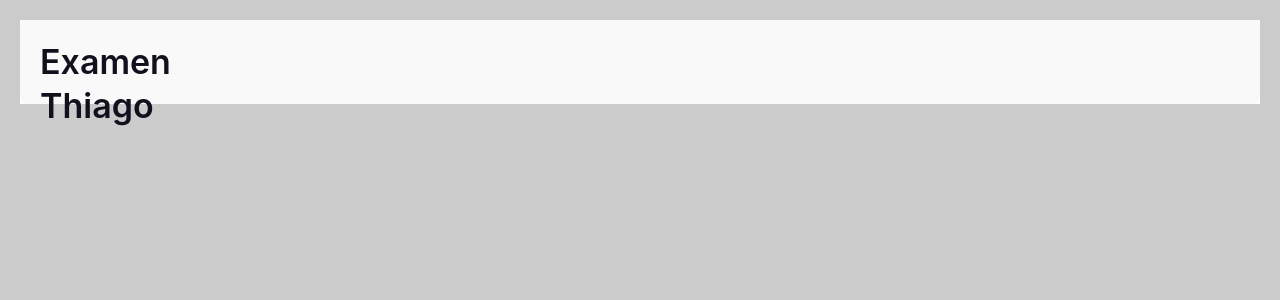
Repository: thiagobal1891-sudo/vue-ecommerce
Page: /#/thiago
These files come from the project's save history. The page is drawn as it stood at one moment and after the next save; the edit follows.
The browser window is 1280 px wide. The pictures show the whole page.
The page's requests for data from a server got no answer. The project was rebuilt for these pictures with package versions that can differ from the ones it lists, and the page was loaded fresh each time. No one was signed in, and anything a server would have sent is missing. Also part of the build but not shown: vue.config.js, src/components/ProductList.vue, src/components/CollectionsVue.vue, src/components/BrandsVue.vue, src/pages/HomePage.vue, src/pages/ErrorPage.vue, src/pages/CategoryPage.vue, src/pages/MyCartPage.vue and 7 more.

Above is the page before, as saved 2025-09-22 14:33:45.

### public/index.html
<!DOCTYPE html>
<html lang="en">
  <head>
    <meta charset="utf-8" />
    <title>Mi App Vue</title>
  </head>
  <body>
    <div id="app"></div>
    <!-- Vue montará la app aquí -->
  </body>
</html>

### src/App.vue
<template>
  <div class="app">

    <NavegadorVue v-if="$route.path !== '/thiago'" />

    <router-view />


    <FooterVue v-if="$route.path !== '/thiago'" />
  </div>
</template>


<script>

import FooterVue from './components/FooterVue.vue';
import NavegadorVue from './components/NavegadorVue.vue';



export default {
  name: 'App',
  components: {
    FooterVue,
    NavegadorVue
  }
}
</script>

<style>
*{
  margin: 0px;
  padding: 0px;
}
@font-face {
  font-family: Janna LT;
  src: url("./assets/janna-lt-regular.ttf");
  font-weight: bold;
}
@import url('https://fonts.googleapis.com/css2?family=Inter:ital,opsz,wght@0,14..32,100..900;1,14..32,100..900&display=swap');



.root{
  --color-primario: #E61620
}

#app {

  font-family: Avenir, Helvetica, Arial, sans-serif;
  -webkit-font-smoothing: antialiased;
  -moz-osx-font-smoothing: grayscale;
  text-align: center;
  color: #2c3e50;
}
h1{
  background-color: var(--color-primario);
  font-family: "Janna LT";
  font-weight: 700;
}

* {
      box-sizing: border-box;
    }

    body {
      margin: 0;
      font-family: 'Arial', sans-serif;
      padding: 20px;
      background-color: rgb(203, 203, 203);
    }
    .app{
      max-width: 1280px;
      width: 100%;
      margin: auto;
      background-color: white;
    }
</style>

### src/pages/MyordersPage.vue
<template>
  <div class="grid_contenido">
    <SidebarVue @changePage="page = $event" class="layout" />
    <div class="contenido_orden">
      <PersonalInfo v-if="page === 1" />
      <OrdenesID v-else-if="page === 2" />
      <CheckoutVue v-else-if="page === 3" />
    </div>
  </div>
</template>


<script>
import SidebarVue from "../components/SidebarVue.vue"
import PersonalInfo from "../components/PersonalInfo.vue"
import CheckoutVue from "../components/CheckoutVue.vue"
import OrdenesID from "@/components/OrdenesID.vue"

export default {
  components: { SidebarVue, PersonalInfo, CheckoutVue, OrdenesID },
  data() {
    return {
      page: 1
    }
  }
}
</script>

<style>

*{
  box-sizing: border-box;
  margin: 0;
  padding: 0;
}
.grid_contenido {
  display: grid;
  gap: 60px;
  grid-template-columns: 1fr;
  grid-template-areas:
    "layout"
    "contenido_orden";
}

.layout {
  grid-area: layout;
}

.contenido_orden {
  grid-area: contenido_orden;
}

@media (min-width: 600px) {
  .grid_contenido {
    grid-template-columns: 200px auto;
    grid-template-areas: "layout contenido_orden";
  }
}

@media (min-width: 900px) {
  .grid_contenido {
    grid-template-columns: 250px auto;
  }
}


</style>

### src/pages/ThiagoPage.vue
<template>
    <div>
    <ThiagoVue />
    </div>
</template>

<script>
import ThiagoVue from '@/components/ThiagoVue.vue';

export default {
    name: 'ThiagoPage',
    components: {
    ThiagoVue
    },
    data(){
    return{

    }
    }
    }
</script>

### src/components/FooterVue.vue

<template>
  <footer class="footer">

    <div class="footer-content desktop-footer">
      <div class="footer-columns">
        <div class="column">
          <h3>Shop by Category</h3>
          <ul>
            <li>Skincare</li>
            <li>Personal Care</li>
            <li>Handbags</li>
            <li>Apparels</li>
            <li>Watches</li>
            <li>Eye Wear</li>
            <li>Jewellery</li>
          </ul>
        </div>

        <div class="column">
          <h3>About</h3>
          <ul>
            <li>Contact Us</li>
            <li>About Us</li>
            <li>Careers</li>
            <li>Press</li>
          </ul>
        </div>

        <div class="column">
          <h3>Policy</h3>
          <ul>
            <li>Return Policy</li>
            <li>Terms of Use</li>
            <li>Sitemap</li>
            <li>Security</li>
            <li>Privacy</li>
            <li>EPR Compliance</li>
          </ul>
        </div>
      </div>

       <hr />

      <div class="footer-right">

        <div class="social-icons">
          <img src="../assets/redeslogo.png" alt="social-media">
          <i class="fab fa-facebook"></i>
          <i class="fab fa-instagram"></i>
          <i class="fab fa-twitter"></i>
          <i class="fab fa-youtube"></i>
        </div>

        <div class="location">
          <i class="fas fa-map-marker-alt"></i>
          <img src="../assets/location.png" alt="">
          United States
        </div>

        <div class="copyright">
          © 2021 | Cora Leviene All Rights Reserved
        </div>
      </div>
    </div>

  </footer>
</template>
<script>
export default {
  name: 'FooterVue',
  data() {
    return {

    };
  }
}
</script>




<style scoped>

.copyright {
  display: flex;
  text-align: left;
  color: #B6B6B6;
}

.footer-columns {
  display: flex;
  text-align: left;
}

.footer {
  background-color: #194b63;
  color: #c0d9dd;
  font-family: 'Inter', sans-serif;
  padding: 40px 24px;
  width: 100%;

}


.desktop-footer {
  display: flex;
  justify-content: space-between;
  flex-wrap: wrap;
}

.footer-columns {
  display: flex;
  gap: 48px;
}

.column h3 {
  color: #ffffff;
  margin-bottom: 10px;
  font-size: 17px;
}

.column ul {
  list-style: none;
  padding: 0;
  margin: 0;
}

.column li {
  margin-bottom: 8px;
  font-size: 15px;
}

.footer-right {
  display: flex;
  flex-direction: column;
  align-items: flex-end;
  gap: 12px;
  text-align: right;
}

.social-icons {
  display: flex;
  font-size: 20px;
}

.location {
  display: flex;
  align-items: center;
  gap: 6px;
  font-family: Inter;
  font-weight: 500;
  font-size: 14px;
  line-height: 18px;
  letter-spacing: 0%;
  color: #ffff;
}



.footer-section {
  margin-bottom: 24px;
}

.footer-section h3 {
  color: #ffffff;
  font-size: 16px;
  margin-bottom: 10px;
}

.footer-section ul {
  list-style: none;
  padding: 0;
  margin: 0;
}

.footer-section li {
  margin-bottom: 7px;
  font-size: 14px;
}

.inline-links {
  display: flex;
  flex-wrap: wrap;
  gap: 6px;
  font-size: 14px;
}
@media screen and (max-width: 768px) {
 hr {
  position: relative;
  right: 24px;
  width: 100vw;
  border: none;
  border-top: 1px solid #4d6e80;
  margin: 24px 0;
}
}
.footer-columns {
  flex-direction: column;
}
.footer-right{
  align-items: flex-start;
}
@media  screen and (min-width: 768px) {
  hr {
    display: none;
  }
}
@media (max-width: 400px) {
  .text {
    font-size: 14px;
  }
}
</style>

### src/components/NavegadorVue.vue
<template>
  <link rel="preconnect" href="https://fonts.googleapis.com">
  <link rel="preconnect" href="https://fonts.gstatic.com" crossorigin>
  <link href="https://fonts.googleapis.com/css2?family=Inter:ital,opsz,wght@0,14..32,100..900;1,14..32,100..900&display=swap" rel="stylesheet">

  <!-- BARRA DESKTOP -->
  <header class="NavegadorVue desktop-only">
    <div>
      <img id="logo" src="./../assets/logo.png" alt="Icon">
      <nav class="NavegadorVue__categories">
        <p>Handbags</p>
        <p>Watches</p>
        <p>Skincare</p>
        <p>Jewellery</p>
        <p>Apparels</p>
      </nav>
    </div>
    <div class="search-container">
      <input class="search" type="text" v-model="busqueda" placeholder="Buscar producto..." />
      <img class="search-icon" src="./../assets/search.png" alt="buscar">
      <div class="icons">
        <router-link to="/mycart">
          <img src="./../assets/icons.png" alt="icons">
          {{ count.quantity }}
        </router-link>

      </div>
    </div>
  </header>

  <header class="NavegadorVue-mobile-only">
    <nav class="nav-mobile">
  <div class="nav-left">
    <img src="./../assets/leading-icon.png" alt="menu">
    <p>Home</p>
  </div>
  <div class="nav-right">
    <img src="./../assets/trailing-icon.png" alt="icons-mobile">

  </div>
</nav>
  </header>

  <div class="text-header">
    <p>
      We are currently experiencing local customs clearance delays.
      For the latest updates, please check your order status
      <a href="./">here</a>
    </p>
  </div>
</template>

<script>

import { useCartStore } from '@/stores/cart';

export default {
  name: 'NavegadorVue',
  data() {
    return {
      busqueda: '',
      count: useCartStore()
    };
  }
};
</script>

<style>

@media screen and (max-width: 768px) {
  body {
    padding-top: 80px !important;
  }
}
.NavegadorVue {
  width: 100%;
  height: 80px;
  display: flex;
  align-items: center;
  justify-content: space-between;
  position: fixed;
  top: 0;
  left: 0;

  z-index: 1000;
  background: white;
}


.desktop-only {
  display: flex;
}
.nav-mobile p {
  width: 57px;
  height: 26px;
  opacity: 1;
  font-family: Inter;
  font-weight: 600;
  font-size: 20px;
  line-height: 26px;
  letter-spacing: 0%;
  vertical-align: middle;
  color: rgba(27, 75, 102, 1);
;

}
.nav-mobile {
  display: flex;
  justify-content: space-between;
  align-items: center;
  padding: 0 16px;
  height: 60px;
  width: 100%;
  position: fixed;
  top: 0;
  left: 0;
  background: white;
  z-index: 1000;
  margin-top: 20px;
}

.nav-left {
  display: flex;
  align-items: center;
  gap: 20px;
}

.nav-right {
  display: flex;
  align-items: center;
  margin-right: 20px;
}

.NavegadorVue-mobile-only {
  display: none !important;
}

@media screen and (max-width: 768px) {
  .desktop-only {
    display: none !important;
  }
}
@media screen and (max-width: 768px) {
  .text-header {
    display: none !important;
  }
}
  .mobile-only {
    display: flex !important;
    height: 60px;
    justify-content: space-between;
    align-items: center;
    padding: 0 16px;
    background-color: white;
    z-index: 1000;
  }
@media screen and (max-width: 768px) {
  .NavegadorVue-mobile-only {
    display: flex !important;
  }
}
.NavegadorVue div {
  display: flex;
  justify-content: space-around;
  align-items: center;
  gap: 30px;
}
.NavegadorVue {
  position: relative;
  width: 100%;
  height: 80px;
  display: flex;
  align-items: center;
  margin-inline: 10px;
  justify-content: space-between;

}
.NavegadorVue header{

  display: flex;
  position: fixed;
  top: 0;
  left: 0;
  width: 100%;
  z-index: 1000;

}
.search-container  {
  display: inline-flex;
  align-items: center;
  position: relative;
  margin-right: inherit;

}
.search-container input {
  width: 500px;
  height: 44px;


}

#logo {
width: 108px;
height: 22px;
top: 29px;
left: 20px;


}
.NavegadorVue__categories {
  display: flex;
  width: 391;
  height: 18;
  top: 31px;
  left: 160px;
  gap: 20px;
  font-weight: bold;

}

.search-container {
  position: relative;
  width: 500px;
  height: 44px;
}

.search {
  width: 100%;
  height: 100%;
  border-radius: 4px;
  background: #F1F1F1;
  border: none;
  padding-left: 40px; /* espacio para el ícono */
  font-size: 14px;
}

.search-icon {
  position: absolute;
  top: 10px;
  left: 10px;
  width: 24px;
  height: 24px;
  pointer-events: none;
}
#icons {
  width: 114px;
height: 24px;
top: 28px;
left: 1148px;
}
.text-header {

  position: relative;

  width: 100%;
  height: 50px;

  font-family: "Inter", sans-serif;
  font-style: normal;
  font-weight: 400;
  font-size: 14px;
  line-height: 18px;

  display: flex;
  align-items: center;
  text-align: center;
  justify-content: center;

  color: #171520;
  background-color: #F1F1F1;
}


.text-header a {
  color: darkblue;


}

</style>

### src/components/BannerFooter.vue
<template>
<div class="banner-grid">

    <div class="lifestyle-card">
      <h2>LIFESTYLE</h2>
      <h1>Makeup Accessories<br>from Top Brands</h1>
    </div>



      <div class="card skincare">
        <h3>Skincare<br>Essentials</h3>
        <div class="arrow">→</div>
      </div>

      <div class="card facepacks">
        <h4>Facepacks<br>& Peels</h4>
        <div class="arrow">→</div>
      </div>

  </div>

</template>

<script>

export default {
  name: 'BannerFooter',
  components: {

  },
  data() {
    return {
    }
  }
}

</script>

<style>
    * {
      box-sizing: border-box;
    }

    body {
      margin: auto;
      font-family: 'Arial', sans-serif;
      padding: 20px;
    }

    .banner-grid {
      display: grid;
          grid-template:
                  "lifeStyle lifeStyle" 400px

                  "skincare   facepacks"  228px

                  /1fr    1fr    ;
      gap: 20px;
      max-width: 1200px;
      margin: 10px 30px;
    }

    .card:hover,
    .lifestyle-card:hover {
  filter: brightness(0.8);
  transform: scale(1.05);
  transition: filter 0.3s ease;
  cursor: pointer;
}

    .lifestyle-card {
      background-image: url('https://images.unsplash.com/photo-1526045478516-99145907023c?auto=format&fit=crop&w=1200&q=80');
      background-size: cover;
      background-position: center;
      border-radius: 20px;
      padding: 60px 40px;
      display: flex;
      flex-direction: column;
      justify-content: center;
      grid-area: lifeStyle;
    }

    .lifestyle-card h2 {
  width: 154px;
  height: 20px;
  left: 59px;
  top: 1999px;
  font-family: 'Inter', sans-serif;
  font-style: normal;
  font-weight: 400;
  font-size: 30px;
  line-height: 20px;
  display: flex;
  align-items: center;
  color: #97451F;


    }

    .lifestyle-card h1 {
  width: 618px;
  height: 136px;
  left: 59px;
  top: 2038px;
  font-family: 'Inter', sans-serif;
  font-style: normal;
  font-weight: 700;
  font-size: 52px;
  line-height: 68px;
  display: flex;
  align-items: center;
  color: #97451F;


    }


    .card {
      border-radius: 20px;
      padding: 30px;
      color: #fff;
      background-size: cover;
      background-position: center;
      position: relative;
      min-height: 200px;
      display: flex;
      align-items: center;
      justify-content: flex-start;
    }



    .card h3 {
  width: 309px;
  height: 104px;
  font-family: 'Inter', sans-serif;
  font-weight: 700;
  font-size: 40px;
  text-align: right;
  color: #A53F64;
        position: absolute;
      right: 30px;
    }

.card h4 {
  width: 232px;
  height: 104px;
  font-family: 'Inter',sans-serif;
  font-weight: 700;
  font-size: 40px;
  text-align: right;
  color: #1B4B66;
        position: absolute;
      right: 30px;
}

    .card .arrow {
      position: absolute;
      bottom: 20px;
      right: 20px;
      background: rgba(255, 255, 255, 0.9);
      border-radius: 50%;
      padding: 10px;
      font-size: 20px;
      color: #000;
      z-index: 2;
    }

    .card .arrow:hover {
    transform: scale(1.2);
    transition: 0.5s;
}

    .skincare {
      background-image: url('https://media-cldnry.s-nbcnews.com/image/upload/t_fit-1000w,f_avif,q_auto:eco,dpr_2/rockcms/2024-01/240117-staff-skin-care-routines-social-2c85d8.jpg');
      grid-area: skincare;
    }

    .facepacks {
      background-image: url('https://shipcartecommerce.com/cdn/shop/collections/877f03da31ad8bb130dde99698f7d3ec.jpg?v=1748635689');
      grid-area: facepacks;
    }

    @media (max-width: 768px) {
      .lifestyle-card h1 {
        font-size: 28px;
      }

      .card h3 {
        font-size: 20px;
      }

      .card h4 {
        font-size: 20px;
      }
    }
</style>

### src/components/PageCarrito.vue
<template>
  <div class="page">
      <div class="head_cart">
    <a href="#">Home</a>
    <span>›</span>
    <span>my cart</span>

  </div>
  <h2 class="titulo_cart">My cart</h2>
    <div class="carrito">
      <div class="items">
        <div class="item" v-for="producto in productos.cart" :key="producto.id">
          <img :src="producto.image" alt="" />
          <div class="info">
            <b>{{ producto.category }}</b>
            {{ producto.title }}<br />
            <input
              type="number"
              min="1"
              v-model.number="producto.quantity"
              @change="productos.modificarCantidad(producto.id, producto.quantity)"
            />
            {{ producto.quantity }}<br />
            <a href="#" class="move">Move to Wishlist</a>
            <button class="remove" @click="productos.quitar(producto.id)">Remove</button>
          </div>

          <div class="rightCols">
            <div class="pricecarrito">${{ producto.price.toFixed(2) }}</div>
            <div class="cantidad">{{ producto.quantity }}</div>
            <div class="subtotal">${{ (producto.price * producto.quantity).toFixed(2) }}</div>
          </div>
        </div>
      </div>

      <div class="total">
        <h3>Order Summary</h3>
        <div class="line"><span>Sub Total</span><span>$119.69</span></div>
        <div class="line"><span>Discount</span><span>-$13.40</span></div>
        <div class="line"><span>Delivery Fee</span><span>$0.00</span></div>
        <div class="line grand"><span>Grand Total</span><span>$106.29</span></div>

        <div class="buttons">
          <button class="place">Place Order</button>
          <button class="continue">Continue Shopping</button>
        </div>
      </div>

      <div class="cupones">
        <label class="cupon-texto">Apply Coupon Code</label>
        <div class="cupon-box">
          <input type="text" placeholder="Apply Coupon Code" />
          <button>CHECK</button>
        </div>
      </div>
    </div>
  </div>
</template>

<script>
import { useCartStore } from '@/stores/cart'

export default {
  name: 'PageCarrito',
  data() {
    return {
      productos: useCartStore()
    }
  }
}
</script>

<style>
* { box-sizing: border-box;
  margin: 0;
  padding: 20; }

.page {
  padding: 20px;
}
.carrito {
  display: grid;
  gap: 24px;
  grid-template-columns: 1fr;
  grid-template-areas:
    "items"
    "total"
    "cupones";
  max-width: 1120px;
  margin: 24px auto;
  width: 100%;
  align-items: start;
}




.items { grid-area: items; }
.total { grid-area: total; align-self: start; }
.cupones { grid-area: cupones; align-self: start; }

.head_cart a {
  font-family: 'Inter', sans-serif;
  font-weight: 500;
  font-size: 16px;
  color: #1B4B66;
  border-color: white;
}

.head_cart span {
  margin: 0 5px;
  font-family: 'Inter', sans-serif;
  font-weight: 500;
  font-size: 16px;
  color: #626262;
}

.head_cart {
  text-align: left;
  bottom: 80px;
}





.item {
  display: flex;
  gap: 16px;
  border-bottom: 1px solid #e0e0e0;
  padding: 12px 0;
  align-items: center;
}

.item img {
  width: 80px;
  height: 80px;
  object-fit: cover;
  border-radius: 6px;
}


.info {
  flex: 1;
  color: #626262;
}
.info b { display: block; margin-bottom: 6px; color: #171520; }
.info .move { margin-right: 10px; font-size: 14px; color: #1B4B66; text-decoration: none; }
.info .remove { background: none; border: none; color: #B00020; cursor: pointer; }


.rightCols {
  display: flex;
  gap: 20px;
  align-items: center;
  justify-content: flex-end;
  min-width: 220px;
  flex-shrink: 0;
}

.pricecarrito, .cantidad, .subtotal {
  width: 80px;
  text-align: right;
  color: #171520;
}


.titulo_cart {
  text-align: left;
  width: 132px;
  font-family: 'Inter';
  font-style: normal;
  font-weight: 600;
  font-size: 34px;
  color: #1B4B66;
  margin: 20px auto 10px 0;
}

.total h3 {
  margin: 0 0 10px 0;
  padding-bottom: 8px;
  border-bottom: 1px solid #ccc;
  color: #171520;
}
.total .line {
  display: flex;
  justify-content: space-between;
  margin: 8px 0;
  color: #171520;
}
.total .grand { font-weight: 700; }

.buttons {
  margin-top: 18px;
  display: flex;
  gap: 14px;
}
.buttons button { padding: 10px 14px; border-radius: 6px; cursor: pointer; }
.place { background: #1B4B66; color: white; border: none; }
.continue { background: white; color: #1B4B66; border: 2px solid #1B4B66; }


.cupones { padding: 12px;
  width: 580px;;
}
.cupon-texto {
  margin-bottom: 8px;
  font-weight: 500;
  color: #171520;
  border-bottom: 1px solid #ccc;
  }
.cupon-box {
  display: flex;
  align-items: center;
  background: #f2f2f2;
  border-radius: 5px;
  max-width: 400px;
  overflow: hidden;
}
.cupon-box input { border: none; background: transparent; padding: 12px; flex: 1; outline: none; }
.cupon-box button { background: transparent; border: none; font-weight: 700; padding: 12px 16px; cursor: pointer; }

@media (min-width: 1100px) {
  .carrito {
    grid-template-columns: 1fr 360px;
    grid-template-areas:
      "items total"
      "cupones cupones";
  }
}

@media (max-width: 950px) {
  .carrito,
  .items,
  .total,
  .cupones {
    max-width: 212px;
    width: 100%;
    margin: 0 auto;
  }

    .item {
    max-width: 212px;
    width: 100%;
    margin: 0 auto;
    flex-wrap: wrap;
  }
}
</style>

### src/components/ThiagoVue.vue
<template>
  <div class="contenedor">
    <h2>Examen Thiago</h2>
    <ul class="todo-list">
  <li
  v-for="todo in todos"
  :key="todo.id"
  :class="{ completed: todo.completed }">
  <span><strong>{{ todo.id }}</strong> - {{ todo.title }}</span>
  <span class="status">
    {{ todo.completed ? "✔ Completada" : "⏳ Pendiente" }}
  </span>
  </li>
    </ul>
  </div>
</template>

<script>
export default {
  name: "ExamenThiago",
  data() {
    return {
      todos: []
    }
  },
  mounted() {
    fetch("https://jsonplaceholder.typicode.com/todos")
      .then(res => res.json())
      .then(data => {
        this.todos = data
      })
  }
}
</script>

<style>
.contenedor {
  padding: 20px;
  background: #f9f9f9;
  border-radius: 6px;
  font-family: Arial, sans-serif;
}

.h2 {
  text-align: left;
  width: 132px;
  font-family: 'Inter';
  font-style: normal;
  font-weight: 600;
  font-size: 34px;
  color: #1B4B66;
  margin: 20px auto 10px 0;;
}

.todo-list {
  list-style: none;
  padding: 0;
}

.todo-list li {
  display: flex;
  justify-content: space-between;
  align-items: center;
  padding: 10px;
  margin-bottom: 6px;
  border-radius: 5px;
  background: #ffe0e0;
}

.todo-list li.completed {
  background: #d4ffd4;
}

.status {
  font-size: 12px;
  padding: 3px 8px;
  border-radius: 4px;
  background: #555;
  color: #fff;
}
</style>

Loaded but not shown: src/stores/cart.js (85 lines, source omitted); src/main.js (47 lines, source omitted); src/components/ProductPageVue.vue (601 lines, source omitted)

After the next save:
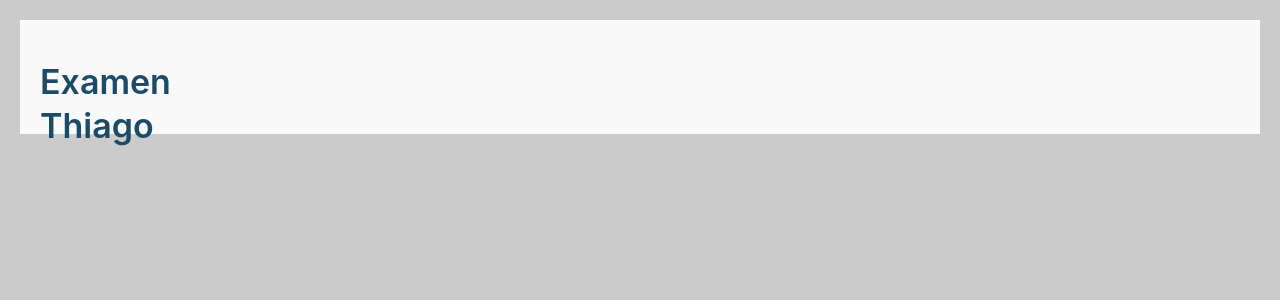
Saved 46 s later.
--- a/src/components/ThiagoVue.vue
+++ b/src/components/ThiagoVue.vue
@@ -41,7 +41,7 @@ export default {
   font-family: Arial, sans-serif;
 }
 
-.h2 {
+.contenedor h2 {
   text-align: left;
   width: 132px;
   font-family: 'Inter';
